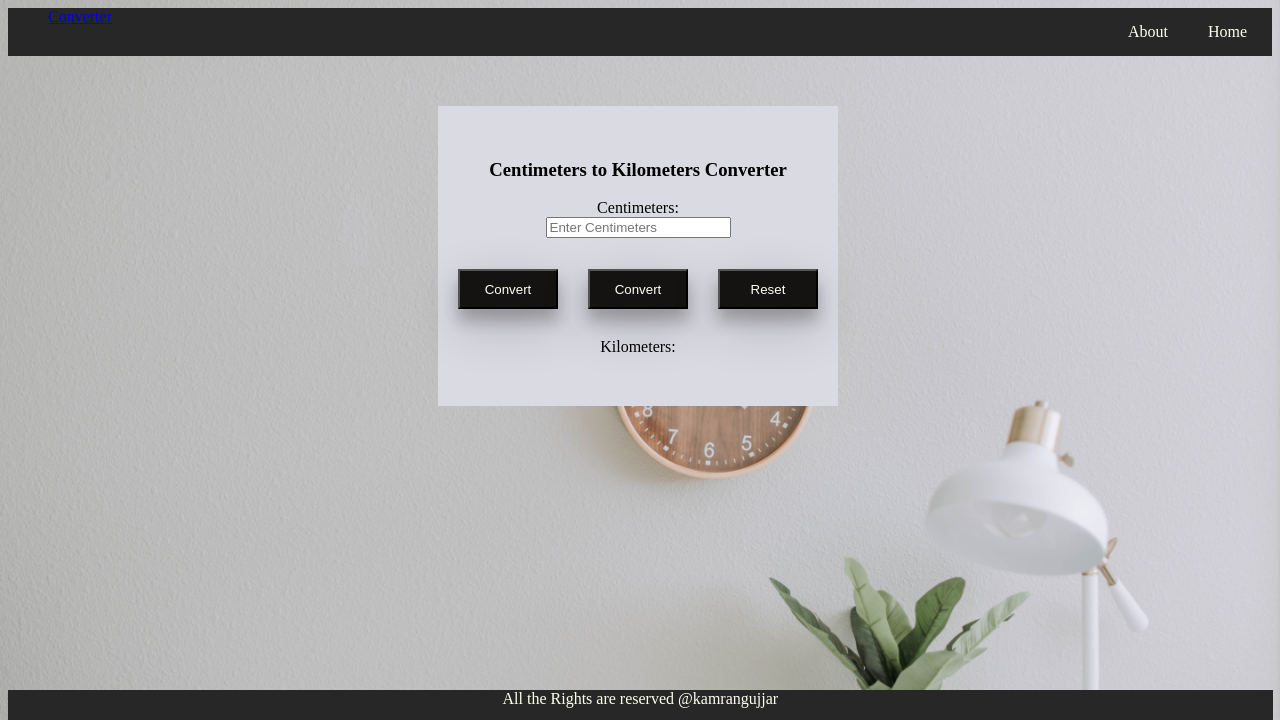
Repository: Kamrangujjar85112/Length-Converter
Page: html/cm_km.html
These files come from the project's save history. The page is drawn as it stood at one moment and after the next save; the edit follows.
The browser window is 1280 px wide. The pictures show the whole page.

Above is the page before, as saved 2022-01-31 22:23:03.

After the next save:
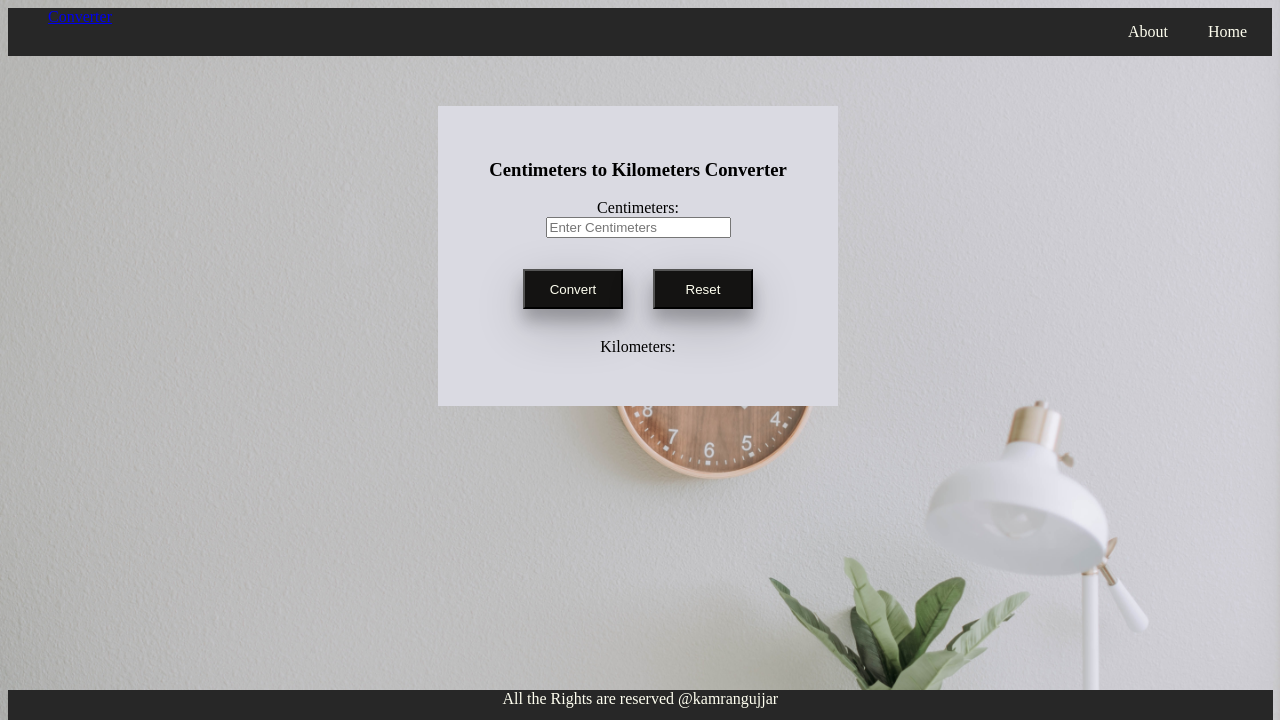
Saved 69 s later.
--- a/html/cm_km.html
+++ b/html/cm_km.html
@@ -30,7 +30,6 @@
                 <label>Centimeters:</label><br>
                 <input type="number" id="centimetersToKilometers" placeholder="Enter Centimeters" value=""><br><br>
                 <button id="convert">Convert</button>
-                <input type="button" value="Convert" id="convert">
                 <input type="reset" value="Reset" id="reset"><br>
                 <p id="cmToKmp">Kilometers: <span id="cmToKm"></span></p>
                 <p id="cmToKmpError" style="display: none;"></span></p>
